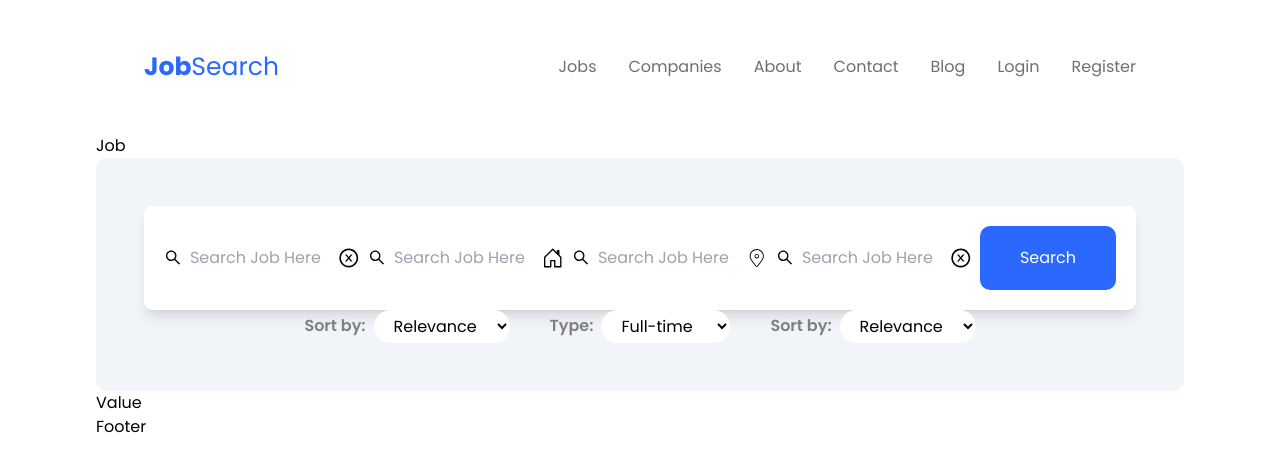
Repository: countaustin1990/Job-Search-website
Page: / (app in vite-project/)
An editor plug-in stored every save of this project. The page is shown before and after the next save, followed by the edit.
The browser window is 1280 px wide. The pictures show the whole page.
The project was rebuilt for these pictures with package versions that can differ from the ones it lists, and the page was loaded fresh each time. Also part of the build but not shown: vite-project/vite.config.js.

Above is the page before, as saved 2023-08-12 18:01:04.

After the next save:
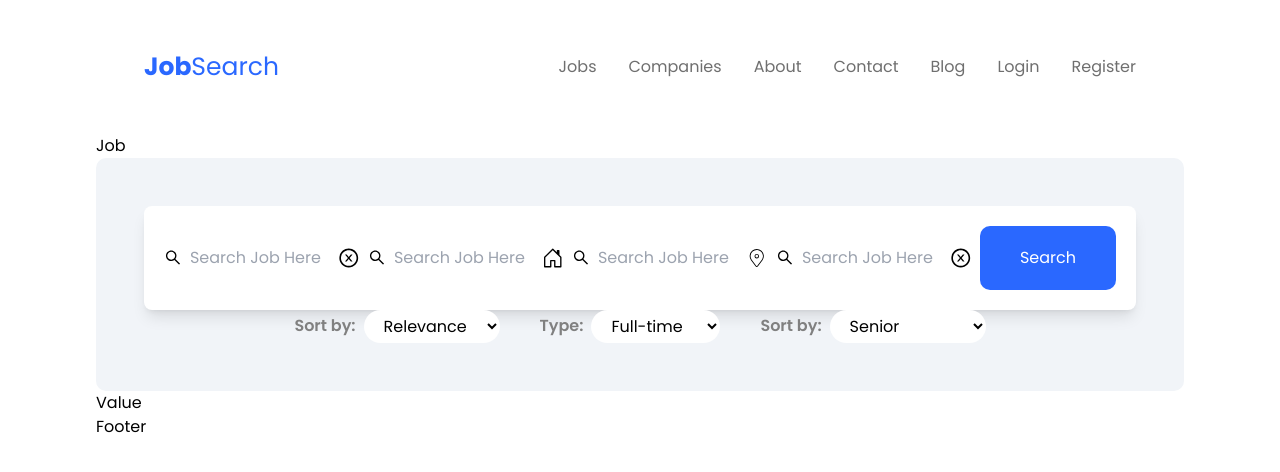
Saved 118 s later.
--- a/vite-project/src/components/Search.jsx
+++ b/vite-project/src/components/Search.jsx
@@ -74,10 +74,10 @@ const Search = () => {
                     </label>
 
                     <select name='' id='relevance' className='bg-white rounded-[34px] px-4 py-1'>
-                        <option value=''>Relevance</option>
-                        <option value=''>Inclusive</option>
-                        <option value=''>Start with</option>
-                        <option value=''>Contains</option>
+                        <option value=''>Senior</option>
+                        <option value=''>Intermediate</option>
+                        <option value=''>Beginner</option>
+                        <option value=''>Advocate</option>
                     </select>
                 </div>
             </div>
